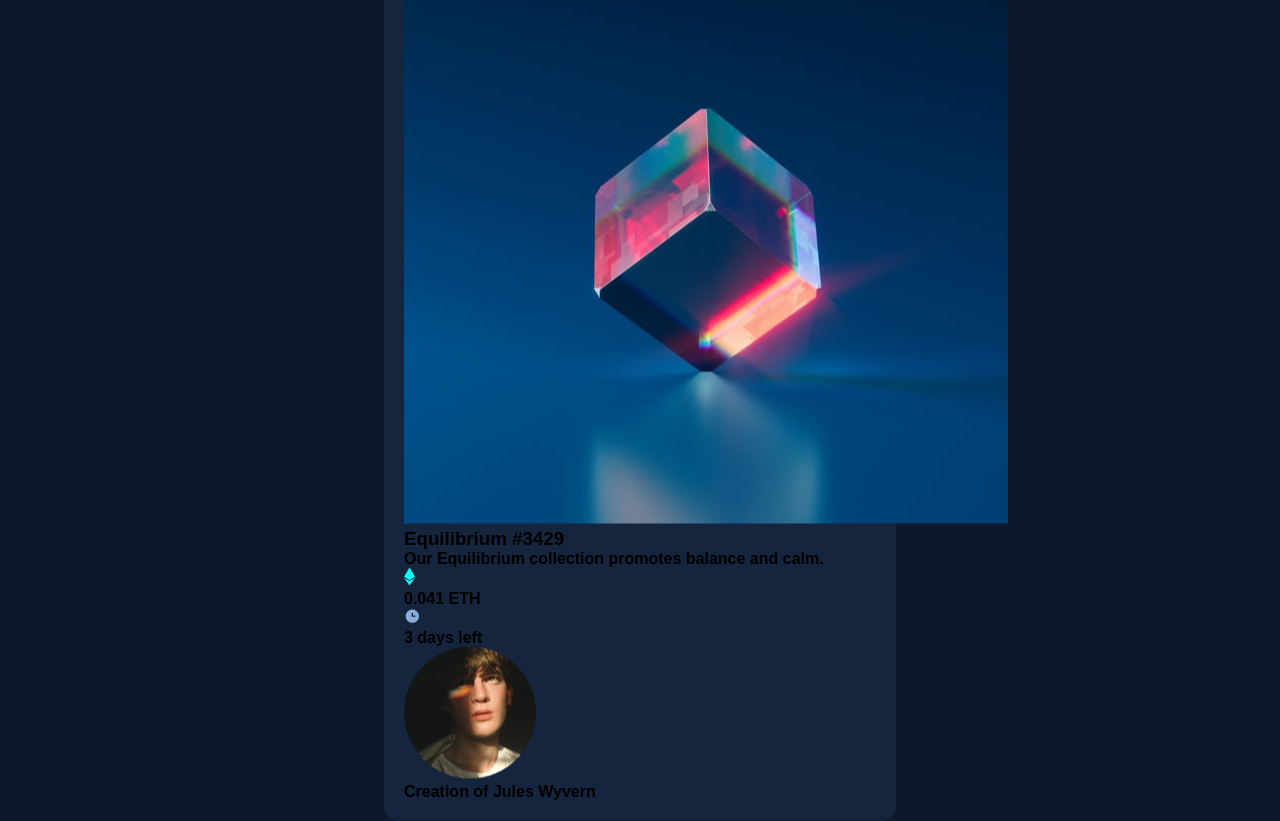
Repository: superZXMzzl/FrontendMentor
Page: nft-preview-card-component-main/index.html
An editor plug-in stored every save of this project. The page is shown before and after the next save, followed by the edit.
The browser window is 1280 px wide. The pictures show the whole page.

Above is the page before, as saved 2022-05-09 22:30:02.

After the next save:
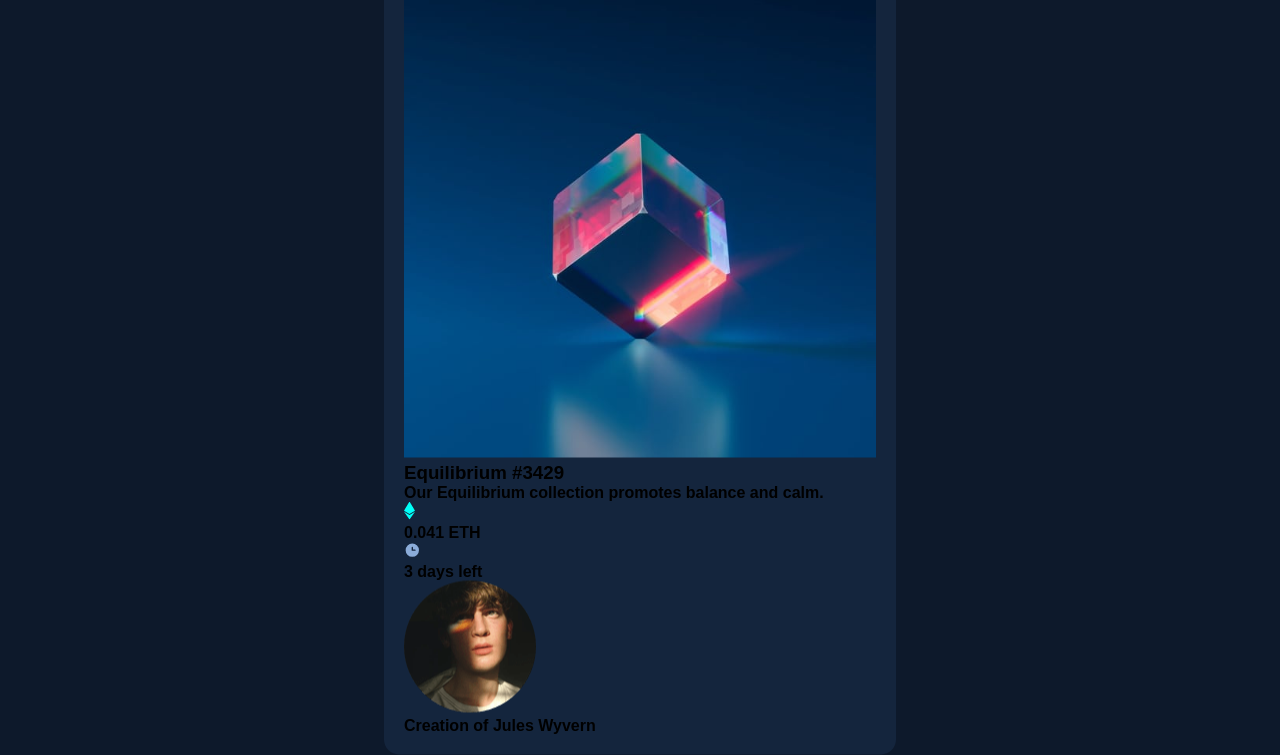
Saved 46 s later.
--- a/nft-preview-card-component-main/style.css
+++ b/nft-preview-card-component-main/style.css
@@ -22,3 +22,7 @@
     border-radius: 15px;
     padding: 20px;
 }
+
+.image {
+    width: 100%;
+}
